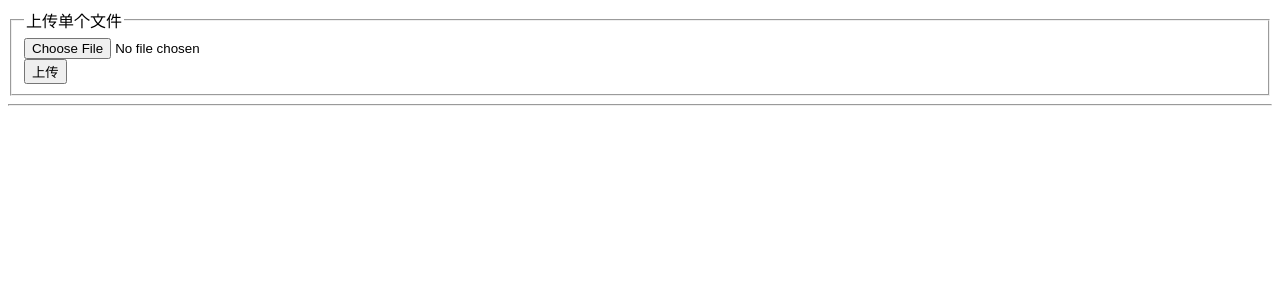
Repository: baizixv/library
Page: http://localhost/UpLoadFile3/
An editor plug-in stored every save of this project. The page is shown before and after the next save, followed by the edit.
The browser window is 1280 px wide. The pictures show the whole page.
The page is served by Tomcat 9.

Above is the page before, as saved 2016-07-15 06:51:01.

### UpLoadFile3/WebContent/index.jsp
<%@ page language="java" contentType="text/html; charset=UTF-8"
	pageEncoding="UTF-8"%>

<!DOCTYPE HTML>
<html>
<head>
<title>Servlet3.0文件上传</title>
</head>

<body>
	<form action="UpLoadServlet" method="post"
			enctype="multipart/form-data">
	<fieldset>
		<legend> 上传单个文件 </legend>

			<input type="file" name="file"> <br>
			 <input type="submit" value="上传">

	</fieldset>
	</form>
	<hr />
</body>
</html>

After the next save:
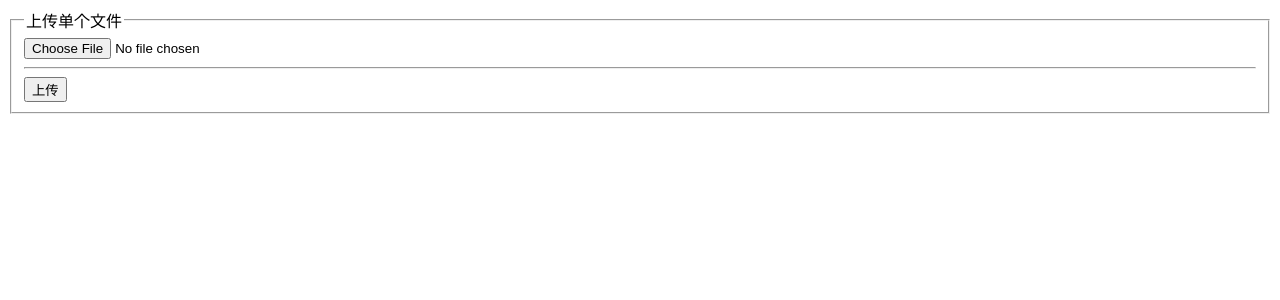
Saved 36 s later.
--- a/UpLoadFile3/WebContent/index.jsp
+++ b/UpLoadFile3/WebContent/index.jsp
@@ -14,10 +14,11 @@
 		<legend> 上传单个文件 </legend>
 
 			<input type="file" name="file"> <br>
+				<hr />
 			 <input type="submit" value="上传">
 
 	</fieldset>
 	</form>
-	<hr />
+
 </body>
 </html>
